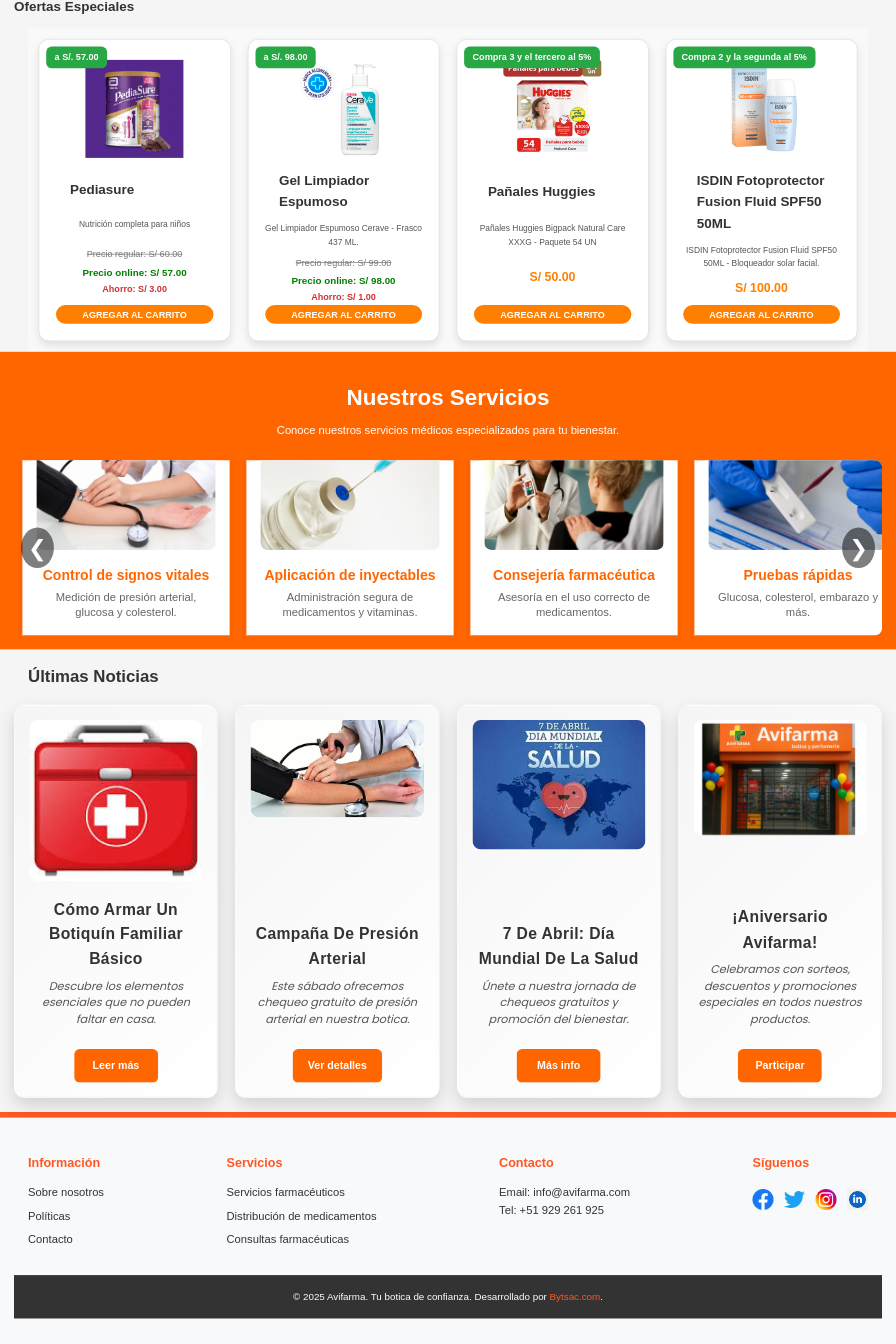
Repository: AVH75/avifarma-tienda
Page: index.html
The author's editor kept a copy of each file at every save. The page is drawn from the files as they stood at one save, then again after the next save.
The browser window is 1280 px wide. The pictures show the part of the page from y = 952 to 2872 px (the page is 2885 px tall before and 2884 px after), at 70% of full size.

Above is the page before, as saved 2025-10-01 04:29:22.

### index.html
<!DOCTYPE html>
<html lang="es">

<head>
  <meta charset="UTF-8">
  <meta name="viewport" content="width=device-width, initial-scale=1.0">
  <title>Avifarma | Boticas y Farmacias - Salud y Bienestar</title>

  <!-- =========================
       SEO BÁSICO
  ========================= -->
  <meta name="description" content="Avifarma - Tu salud primero, siempre cerca de ti. Productos, servicios médicos y ofertas especiales.">
  <meta name="keywords" content="Avifarma, farmacia, botica, medicamentos, salud, productos farmacéuticos, Perú">
  <meta name="author" content="Bytsac.com">

  <!-- Favicon -->
  <link rel="icon" type="image/png" href="img/logo/favicon.png">

  <!-- Open Graph -->
  <meta property="og:title" content="Avifarma | Tu salud primero">
  <meta property="og:description" content="Descubre productos, servicios médicos y ofertas especiales en Avifarma.">
  <meta property="og:image" content="img/logo/Logo.png">
  <meta property="og:url" content="https://avifarma.com">
  <meta property="og:type" content="website">

  <!-- Twitter Card -->
  <meta name="twitter:card" content="summary_large_image">
  <meta name="twitter:title" content="Avifarma | Tu salud primero">
  <meta name="twitter:description" content="Descubre productos, servicios médicos y ofertas especiales en Avifarma.">
  <meta name="twitter:image" content="img/logo/Logo.png">

  <!-- Schema.org JSON-LD -->
  <script type="application/ld+json">
    {
      "@context": "https://schema.org",
      "@type": "Pharmacy",
      "name": "Avifarma",
      "image": "https://avifarma.com/img/logo/Logo.png",
      "url": "https://avifarma.com",
      "address": {
        "@type": "PostalAddress",
        "addressLocality": "Trujillo",
        "addressCountry": "PE"
      },
      "contactPoint": {
        "@type": "ContactPoint",
        "telephone": "+51 920165696",
        "contactType": "customer service"
      }
    }
  </script>
<!-- 🔹 Aquí importas la fuente de Google Fonts -->
  <link href="https://fonts.googleapis.com/css2?family=Poppins:wght@400;600;700&display=swap" rel="stylesheet">
  <!-- =========================
       ARCHIVOS CSS
  ========================= -->
  <link rel="stylesheet" href="css/style.css?v=1.9">
</head>

<body>
  <!-- =========================
       🔹 FRANJA SUPERIOR (Marquee con promos)
  ========================= -->
  <div class="promo-bar" role="banner">
    <div class="marquee" aria-label="Promociones destacadas">
      <span> Desarrollamos tu paguina Web. contactanos en bytsac.com</span>
      <span>📦 Envíos gratis en compras mayores a S/ 99</span>
      <span>💊 Promoción válida hasta el 14 de septiembre</span>
    </div>
  </div>

  <div class="separador"></div>

  <!-- =========================
       🔹 TOP-BAR (COLOR NARANJA)
  ========================= -->
  <div id="top-bar" class="top-bar" style="height: 50px;">
    <!-- Contenedor vacío para mantener la franja visible -->
  </div>

  <div class="separator"></div>

  <!-- =========================
       🔹 HEADER PRINCIPAL
  ========================= -->

  <header class="header sticky" role="banner">
    <div class="main-header">

      <!-- 🔸 Menú hamburguesa y logo -->
      <div class="logo-menu-container">
        <!-- 🔸 Menú hamburguesa (izquierda) -->
        <button class="menu-toggle" id="menu-toggle" aria-label="Abrir menú de navegación" aria-controls="nav" aria-expanded="false">
          ☰
        </button>

        <!-- 🔸 Logo de Avifarma y nombre -->
        <div class="logo">
          <a href="index.html">
            <img src="img/logo/logo.jpeg" alt="Avifarma Logo" width="50" height="50" loading="lazy">
          </a>
          <h1>Avifarma</h1>
        </div>
      </div>

      <!-- 🔸 Buscador centrado -->
      <div class="buscador-container">
        <form role="search" class="search" action="buscar.html" method="get">
          <label for="buscador" class="sr-only"></label>
          <input type="search" name="q" id="buscador" placeholder="Buscar productos..." aria-label="Buscar productos">
          <button type="submit" aria-label="Buscar">🔍</button>
        </form>
      </div>

      <!-- 🔸 Acciones (Login y Carrito) -->
      <div class="acciones-header">
        <!-- Ingresar -->
        <a href="login.html">
          <img src="img/logo/login.png" alt="Imagen de inicio de sesión" style="width:50px;height:50px;">
        </a>

        <!-- Carrito -->
        <a href="#" id="abrir-carrito" class="carrito-icono" aria-label="Abrir carrito de compras">
          <img src="img/logo/carrito.png" alt="Carrito de compras" class="icono-img" width="32" height="32" loading="lazy">
          <span id="contador-carrito" class="contador">0</span>
        </a>
      </div>

    </div>
  </header>
<!-- MENÚ LATERAL -->
<div id="nav" class="menu">
  <!-- LOGO -->
  <div id="logo-container">
    <img src="img/logo/logo.jpeg" alt="Avifarma Logo" id="logo">
    <h2>Avifarma</h2>
  </div>

  <!-- BOTÓN CERRAR -->
  <span id="close-menu" aria-label="Cerrar menú">❌</span>

  <!-- CONTENIDO SCROLLEABLE -->
  <div class="menu-scroll">
    <ul class="menu-principal">
      <li><a href="index.html">Inicio</a></li>
      <li><a href="#">Servicios</a></li>

      <!-- MENÚ DINÁMICO DE CATEGORÍAS -->
      <li class="menu-categorias-container">
        <a href="#" class="categoria-toggle" id="toggle-categorias">
          Categorías
        </a>
        <ul id="menu-categorias" class="categorias-lista">
          <!-- Aquí se insertan dinámicamente las categorías desde productos.json -->
        </ul>
      </li>

      <li><a href="#">Contacto</a></li>
    </ul>
  </div>
</div>

<!-- Fondo oscuro al abrir menú -->
<div id="overlay-menu"></div>


  <!-- =========================
       🔹 HERO CARRUSEL BANNERS (PROMOCIONES)
  ========================= -->
  <section class="promociones" aria-label="Banners promocionales">
    <div class="slider-container">
      <div class="slider" id="slider-banner"></div>
      <button class="prev" aria-label="Anterior">❮</button>
      <button class="next" aria-label="Siguiente">❯</button>
      <div class="dots-container" id="dots"></div>
    </div>
  </section>

<!-- =========================
     🔹 PRODUCTOS DESTACADOS
========================= -->
<main>
  <section class="productos">
    <h2 id="titulo-productos">Productos Destacados</h2>
    <div class="grid-productos" id="productos-grid"></div>
  </section>

  <!-- 🔹 CATÁLOGO (se llena al elegir categoría o subcategoría) -->
  <section class="catalogo">
    <h2 id="titulo-catalogo">Catálogo</h2>
    <div id="catalogo" class="grid-productos"></div>
  </section>

  <aside class="ofertas" aria-label="Ofertas especiales">
    <h3 id="titulo-ofertas">Ofertas Especiales</h3>
    <p class="oferta-texto"></p>
    <div class="grid-ofertas" id="ofertas-grid"></div>
  </aside>
</main>


  <!-- =========================
       🔹 SERVICIOS
  ========================= -->
  <section class="servicios">
    <h2 id="titulo-servicios">Nuestros Servicios</h2>
    <p>Conoce nuestros servicios médicos especializados para tu bienestar.</p>

    <div id="slider-servicios" class="slider-container">
      <div id="servicios-carousel" class="carousel-container">
        <!-- Tarjetas dinámicas -->
      </div>
      <button class="prev-servicio" aria-label="Anterior">❮</button>
      <button class="next-servicio" aria-label="Siguiente">❯</button>
      <div class="dots-servicios"></div>
    </div>
  </section>

  <!-- =========================
       🔹 NOVEDADES
  ========================= -->
  <section class="novedades">
    <h2 id="titulo-novedades">Últimas Noticias</h2>
    <div id="novedades-grid" class="grid"></div>
  </section>
<!-- =========================
       🔹 FOOTER
  ========================= -->
  <footer>
    <div class="footer-top">
      <div>
        <h3>Información</h3>
        <ul>
          <li><a href="#">Sobre nosotros</a></li>
          <li><a href="#">Políticas</a></li>
          <li><a href="#">Contacto</a></li>
        </ul>
      </div>
      <div>
        <h3>Servicios</h3>
        <ul>
          <li><a href="#">Servicios farmacéuticos</a></li>
          <li><a href="#">Distribución de medicamentos</a></li>
          <li><a href="#">Consultas farmacéuticas</a></li>
        </ul>
      </div>
      <div>
        <h3>Contacto</h3>
        <p>Email: <a href="mailto:info@avifarma.com">info@avifarma.com</a></p>
        <p>Tel: <a href="tel:+51 929 261 925">+51 929 261 925</a></p>
      </div>
      <!-- Redes Sociales -->
      <div>
        <h3>Síguenos</h3>
        <ul class="social-media">
          <li><a href="https://facebook.com/Botica Avifarma " target="_blank"><img src="img/redes/facebook.png" alt="Facebook" width="30" height="30"></a></li>
          <li><a href="https://twitter.com/avifarma" target="_blank"><img src="img/redes/twitter.png" alt="Twitter" width="30" height="30"></a></li>
          <li><a href="https://instagram.com/avifarma" target="_blank"><img src="img/redes/instagram.png" alt="Instagram" width="30" height="30"></a></li>
          <li><a href="https://linkedin.com/company/avifarma" target="_blank"><img src="img/redes/linkedin.jpg" alt="LinkedIn" width="30" height="30"></a></li>
        </ul>
      </div>
    </div>
    <div class="footer-bottom">
      <p>© 2025 Avifarma. Tu botica de confianza. Desarrollado por <a href="https://bytsac.com" target="_blank" rel="noopener">Bytsac.com</a>.</p>
    </div>
  </footer>

  <div id="overlay-carrito"></div>

<!-- =========================
       🔹 SIDEBAR LATERAL (CARRITO LATERAL)
========================== -->
<div id="carrito-sidebar" class="carrito-sidebar" aria-hidden="true">
  <div class="carrito-header">
    <!-- Icono del carrito dentro del encabezado, junto al título -->
    <a href="#" id="abrir-carrito" class="carrito-icono" aria-label="Abrir carrito de compras">
      <img src="img/logo/carrito.png" alt="Carrito de compras" class="icono-img" width="32" height="32" loading="lazy">
    </a>
    <h2>Carrito</h2>
    <button class="cerrar-carrito" onclick="cerrarCarrito()" aria-label="Cerrar carrito">×</button>
  </div>

  <div id="carrito-items" class="productos-carrito">
    <!-- Ejemplo producto -->
    <div class="producto-card">
      <img src="img/productos/product box.jpg" alt="Producto">
      <div class="producto-info">
        <h3>Nombre del Producto</h3>
        <p class="precio">S/ 20.00</p>
        <div class="acciones">
          <button class="cantidad">-</button>
          <span>1</span>
          <button class="cantidad">+</button>
          <button class="eliminar">🗑</button>
        </div>
      </div>
    </div>
  </div>

    <div class="carrito-footer">
      <div class="resumen-linea">
        <span>Subtotal</span>
        <span id="subtotal">S/ 0.00</span>
      </div>
      <div class="resumen-linea">
        <span>Costo de envío</span>
        <span id="costo-envio">--</span>
      </div>
      <div class="resumen-linea">
        <span>Descuento por volumen</span>
        <span id="descuento-volumen">S/ 0.00</span>
      </div>
      <div class="resumen-linea">
        <span>Descuento directo</span>
        <span id="descuento-directo">S/ 0.00</span>
      </div>
      <div class="resumen-linea ahorro">
        <span>Ahorro total</span>
        <span id="ahorro-total">S/ 0.00</span>
      </div>

      <hr>

      <div class="resumen-total">
        <span>Total</span>
        <span id="total">S/ 0.00</span>
      </div>

      <p class="nota-envio">El costo de envío no está incluido en el total.</p>

      <div class="cart-buttons">
        <button id="ir-a-pagar" class="btn-primary" onclick="comprarAhora()">Comprar ahora por WhatsApp</button>
        <a href="carrito.html" id="ver-carrito" class="btn-secundario">Ver carrito</a>
      </div>
    </div>
  </div>

  <script src="js/menu.js?v=1.9" defer></script>
  <script src="js/carrito.js?v=1.9" defer></script>
  <script src="js/render-catalogo.js?v=1.9" defer></script>
</body>
</html>

### productos.json
{
  "topBar": {
    "titulo": "Avifarma",
    "telefono": "+51 123 456 789",
    "email": "info@avifarma.com",
    "links": [
      { "nombre": "Bytsac", "url": "https://www.bytsac.com" },
      { "nombre": "Oechsle", "url": "https://www.oechsle.pe" }
    ]
  },
  "BannerCarrusel": [
    { "src": "img/carrusel/band_1.png", "alt": "Banner 1" },
    { "src": "img/carrusel/band_2.png", "alt": "Banner 2" },
    { "src": "img/carrusel/band_3.png", "alt": "Banner 3" },
    { "src": "img/carrusel/band_4.png", "alt": "Banner 4" },
    { "src": "img/carrusel/band_5.png", "alt": "Banner 5" },
    { "src": "img/carrusel/band_6.png", "alt": "Banner 6" }
  ],
  "categorias": [
    {
      "id": 1,
      "nombre": "Mamá y Bebé",
      "icono": "fa-baby",
      "subcategorias": [
        { "id": 11, "nombre": "Pañales" },
        { "id": 12, "nombre": "Leches maternizadas" },
        { "id": 13, "nombre": "Cuidado de la mamá" },
        { "id": 14, "nombre": "Higiene y accesorios del bebé" }
      ]
    },
    {
      "id": 2,
      "nombre": "Primeros Auxilios",
      "icono": "fa-first-aid",
      "subcategorias": [
        { "id": 21, "nombre": "Botiquín básico" },
        { "id": 22, "nombre": "Antisépticos y desinfectantes" },
        { "id": 23, "nombre": "Vendas y gasas" },
        { "id": 24, "nombre": "Termómetros y equipos" }
      ]
    },
    {
      "id": 3,
      "nombre": "Vitaminas y Suplementos",
      "icono": "fa-capsules",
      "subcategorias": [
        { "id": 31, "nombre": "Vitaminas (A, B, C, D, etc.)" },
        { "id": 32, "nombre": "Minerales (calcio, magnesio, zinc, hierro)" },
        { "id": 33, "nombre": "Suplementos nutricionales" },
        { "id": 34, "nombre": "Proteínas y energizantes" }
      ]
    },
    {
      "id": 4,
      "nombre": "Cuidado y Belleza",
      "icono": "fa-spa",
      "subcategorias": [
        { "id": 41, "nombre": "Dermocosmética" },
        { "id": 42, "nombre": "Cuidado de la piel" },
        { "id": 43, "nombre": "Cuidado del cabello" },
        { "id": 44, "nombre": "Higiene personal" }
      ]
    }
  ],
  "productos": [
    {
      "id": 1,
      "nombre": "Paracetamol 500mg",
      "descripcion": "Alivio del dolor y reducción de fiebre.",
      "precio": 5.00,
      "precio_con_descuento": null,
      "ahorro": null,
      "stock": 20,
      "img": "img/productos/paracetamol-500mg.png",
      "categoria": 2,
      "subcategoria": 21,
      "descuentoVolumen": null
    },
    {
      "id": 2,
      "nombre": "Amoxicilina 500mg",
      "descripcion": "Antibiótico para tratar infecciones bacterianas.",
      "precio": 12.00,
      "precio_con_descuento": null,
      "ahorro": null,
      "stock": 10,
      "img": "img/productos/amoxicilina-500mg.png",
      "categoria": 2,
      "subcategoria": 22,
      "descuentoVolumen": null
    },
    {
      "id": 3,
      "nombre": "Ibuprofeno 400mg",
      "descripcion": "Reduce inflamación, dolor y fiebre.",
      "precio": 8.00,
      "precio_con_descuento": null,
      "ahorro": null,
      "stock": 10,
      "img": "img/productos/ibuprofeno-400mg.png",
      "categoria": 2,
      "subcategoria": 23,
      "descuentoVolumen": null
    },
    {
      "id": 4,
      "nombre": "Vitamina C 1g",
      "descripcion": "Refuerza el sistema inmunológico.",
      "precio": 10.00,
      "precio_con_descuento": null,
      "ahorro": null,
      "stock": 20,
      "img": "img/productos/vitamina-c-1g.png",
      "categoria": 3,
      "subcategoria": 31,
      "descuentoVolumen": null
    }
  ],
  "ofertas": [
    {
      "id": 101,
      "nombre": "Pediasure",
      "descripcion": "Nutrición completa para niños",
      "precio": 60.00,
      "precio_con_descuento": 57.00,
      "ahorro": 3.00,
      "stock": 10,
      "img": "img/ofertas/pediasure-of.png",
      "descuento": "a S/. 57.00",
      "categoria": 1,
      "subcategoria": 12,
      "descuentoVolumen": null
    },
    {
      "id": 102,
      "nombre": "Gel Limpiador Espumoso",
      "descripcion": "Gel Limpiador Espumoso Cerave - Frasco 437 ML.",
      "precio": 99.00,
      "precio_con_descuento": 98.00,
      "ahorro": 1.00,
      "stock": 20,
      "img": "img/ofertas/gel-limpiador-espumoso.jpg",
      "descuento": "a S/. 98.00",
      "categoria": 4,
      "subcategoria": 42,
      "descuentoVolumen": null
    },
    {
      "id": 103,
      "nombre": "Pañales Huggies",
      "descripcion": "Pañales Huggies Bigpack Natural Care XXXG - Paquete 54 UN",
      "precio": 50.00,
      "precio_con_descuento": null,
      "ahorro": null,
      "stock": 10,
      "img": "img/ofertas/panal-huggies.jpg",
      "descuento": "Compra 3 y el tercero al 5%",
      "categoria": 1,
      "subcategoria": 11,
      "descuentoVolumen": {
        "compra": 2,
        "promo": 0.05,
        "aplicaA": 3,
        "precio_con_descuento_unidad": 47.50,
        "ahorro_por_unidad": 2.50
      }
    },
{
  "id": 104,
  "nombre": "ISDIN Fotoprotector Fusion Fluid SPF50 50ML",
  "descripcion": "ISDIN Fotoprotector Fusion Fluid SPF50 50ML - Bloqueador solar facial.",
  "precio": 100.00,
  "precio_con_descuento": null,
  "ahorro": null,
  "stock": 20,
  "img": "img/ofertas/protector-solar.jpg",
  "descuento": "Compra 2 y la segunda al 5%",
  "categoria": 4,
  "subcategoria": 42,
  "descuentosVolumen": [
    {
      "nombre": "Segunda al 5%",
      "activa": true,
      "compra": 1,
      "promo": 0.05,
      "aplicaA": 2
    },
    {
      "nombre": "Segunda al 10%",
      "activa": false,
      "compra": 1,
      "promo": 0.10,
      "aplicaA": 2
    }
  ]
}

  ],
  "servicios": [
    {
      "icono": "💊",
      "titulo": "Dispensación de medicamentos",
      "descripcion": "Venta con y sin receta, con orientación farmacéutica.",
      "imagen": "img/carrusel-servicios/dispensacion.png"
    },
    {
      "icono": "🩺",
      "titulo": "Control de signos vitales",
      "descripcion": "Medición de presión arterial, glucosa y colesterol.",
      "imagen": "img/carrusel-servicios/control-signos.png"
    },
    {
      "icono": "💉",
      "titulo": "Aplicación de inyectables",
      "descripcion": "Administración segura de medicamentos y vitaminas.",
      "imagen": "img/carrusel-servicios/inyectables.png"
    },
    {
      "icono": "🧴",
      "titulo": "Consejería farmacéutica",
      "descripcion": "Asesoría en el uso correcto de medicamentos.",
      "imagen": "img/carrusel-servicios/consejeria.png"
    },
    {
      "icono": "🔬",
      "titulo": "Pruebas rápidas",
      "descripcion": "Glucosa, colesterol, embarazo y más.",
      "imagen": "img/carrusel-servicios/pruebas-rapidas.png"
    },
    {
      "icono": "🚑",
      "titulo": "Primeros auxilios",
      "descripcion": "Atención básica y curaciones menores.",
      "imagen": "img/carrusel-servicios/primeros-auxilios.png"
    }
  ],
  "novedades": [
    {
      "id": 201,
      "titulo": "Cómo armar un botiquín familiar básico",
      "descripcion": "Descubre los elementos esenciales que no pueden faltar en casa.",
      "img": "img/novedades/botiquin.jpg",
      "boton": "Leer más"
    },
    {
      "id": 202,
      "titulo": "Campaña de presión arterial",
      "descripcion": "Este sábado ofrecemos chequeo gratuito de presión arterial en nuestra botica.",
      "img": "img/novedades/presion-arterial.jpg",
      "boton": "Ver detalles"
    },
    {
      "id": 203,
      "titulo": "7 de abril: Día Mundial de la Salud",
      "descripcion": "Únete a nuestra jornada de chequeos gratuitos y promoción del bienestar.",
      "img": "img/novedades/dia-salud.jpg",
      "boton": "Más info"
    },
    {
      "id": 204,
      "titulo": "¡Aniversario Avifarma!",
      "descripcion": "Celebramos con sorteos, descuentos y promociones especiales en todos nuestros productos.",
      "img": "img/novedades/aniversario.png",
      "boton": "Participar"
    }
  ]
}

Loaded but not shown: js/render-catalogo.js (496 lines, source omitted); js/carrito.js (444 lines, source omitted); js/menu.js (132 lines, source omitted); css/style.css (1775 lines, source omitted)

After the next save:
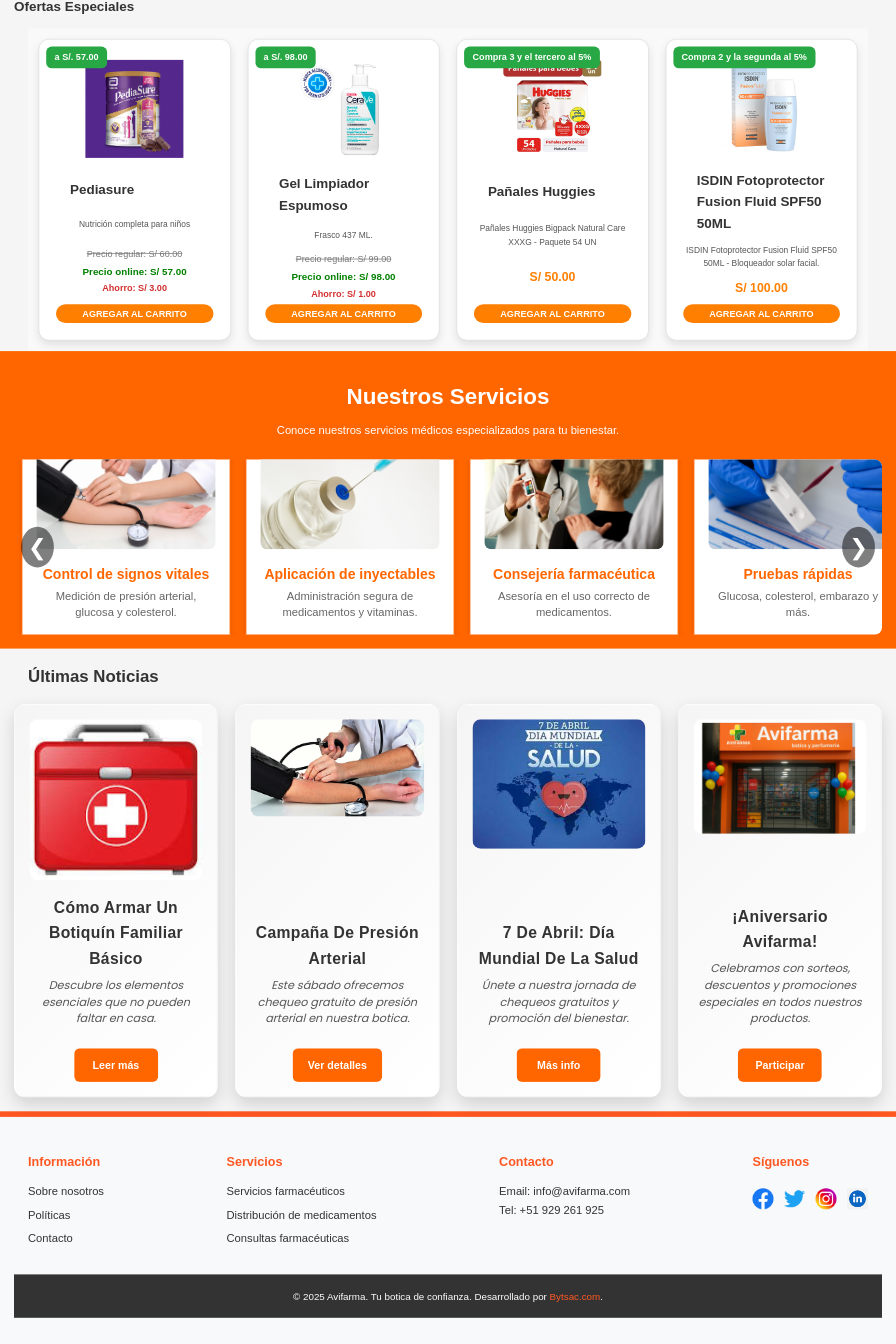
Saved 7 min 42 s later.
--- a/productos.json
+++ b/productos.json
@@ -134,7 +134,7 @@
     {
       "id": 102,
       "nombre": "Gel Limpiador Espumoso",
-      "descripcion": "Gel Limpiador Espumoso Cerave - Frasco 437 ML.",
+      "descripcion": "Frasco 437 ML.",
       "precio": 99.00,
       "precio_con_descuento": 98.00,
       "ahorro": 1.00,
